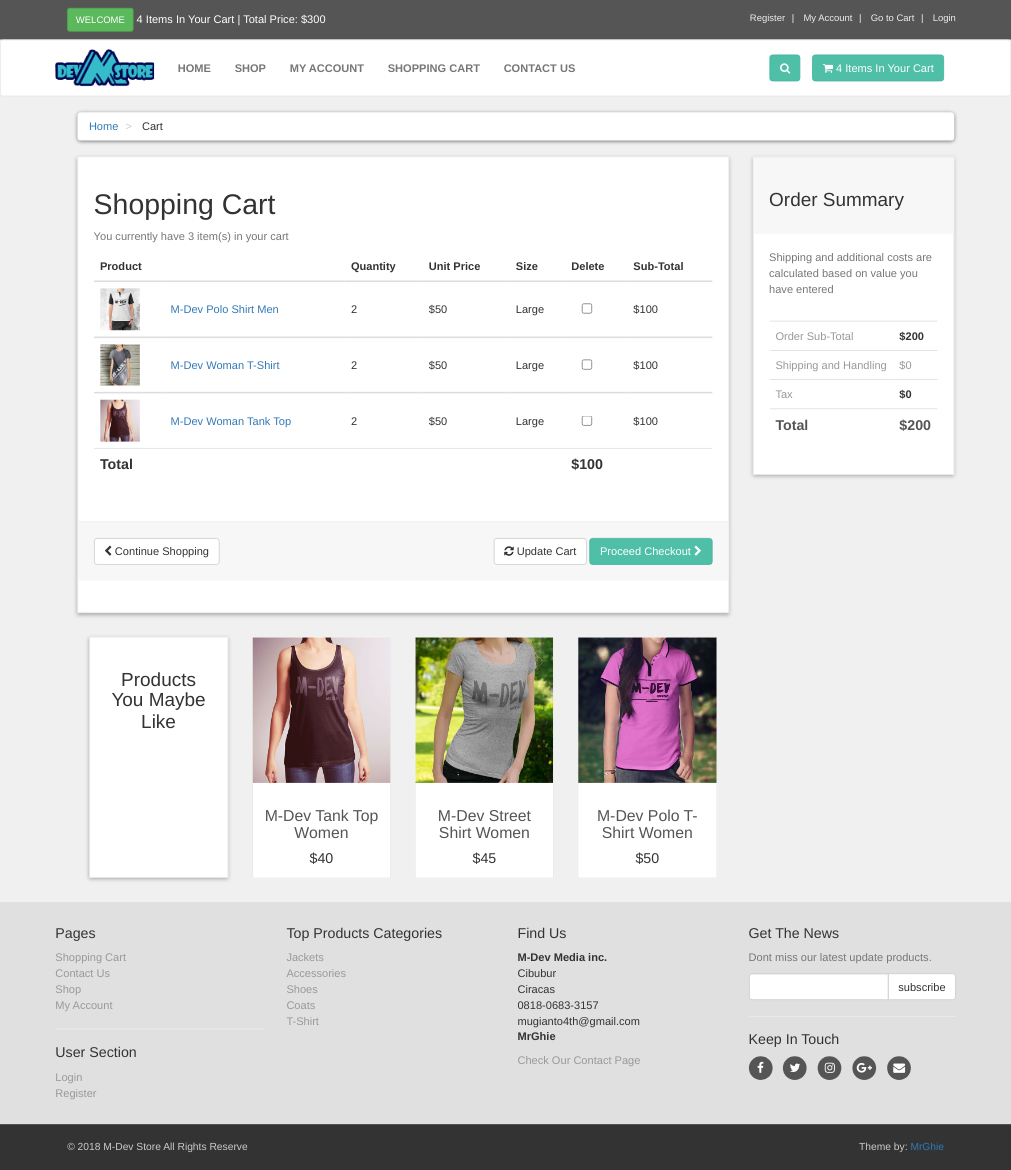
Repository: truonghuynhquy/M_Dev_Store
Page: http://localhost/cart.php
The author's editor kept a copy of each file at every save. The page is drawn from the files as they stood at one save, then again after the next save.
The browser window is 1280 px wide. The pictures show the whole page, at 79% of full size.
The page is run by PHP 8.4 with error messages shown; the project is at /var/www/html/. The database holds what the project's SQL file puts in it.

Above is the page before, as saved 2022-11-16 16:22:28.

### cart.php
<?php

    include("includes/header.php");

?>

    <div id="content">
        <!-- #content Begin -->
        <div class="container">
            <!-- container Begin -->
            <div class="col-md-12">
                <!-- col-md-12 Begin -->

                <ul class="breadcrumb">
                    <!-- breadcrumb Begin -->
                    <li>
                        <a href="index.php">Home</a>
                    </li>
                    <li>
                        Cart
                    </li>
                </ul><!-- breadcrumb Finish -->

            </div><!-- col-md-12 Finish -->

            <div id="cart" class="col-md-9">
                <!-- col-md-9 Begin -->

                <div class="box">
                    <!-- box Begin -->

                    <form action="cart.php" method="post" enctype="multipart/form-data">
                        <!-- form Begin -->

                        <h1>Shopping Cart</h1>
                        <p class="text-muted">You currently have 3 item(s) in your cart</p>

                        <div class="table-responsive">
                            <!-- table-responsive Begin -->

                            <table class="table">
                                <!-- table Begin -->

                                <thead>
                                    <!-- thead Begin -->

                                    <tr>
                                        <!-- tr Begin -->

                                        <th colspan="2">Product</th>
                                        <th>Quantity</th>
                                        <th>Unit Price</th>
                                        <th>Size</th>
                                        <th colspan="1">Delete</th>
                                        <th colspan="2">Sub-Total</th>

                                    </tr><!-- tr Finish -->

                                </thead><!-- thead Finish -->

                                <tbody>
                                    <!-- tbody Begin -->

                                    <tr>
                                        <!-- tr Begin -->

                                        <td>

                                            <img class="img-responsive" src="admin_area/product_images/Product-3a.jpg" alt="Product 3a">

                                        </td>

                                        <td>

                                            <a href="#">M-Dev Polo Shirt Men</a>

                                        </td>

                                        <td>

                                            2

                                        </td>

                                        <td>

                                            $50

                                        </td>

                                        <td>

                                            Large

                                        </td>

                                        <td>

                                            <input type="checkbox" name="remove[]">

                                        </td>

                                        <td>

                                            $100

                                        </td>

                                    </tr><!-- tr Finish -->

                                </tbody><!-- tbody Finish -->

                                <tbody>
                                    <!-- tbody Begin -->

                                    <tr>
                                        <!-- tr Begin -->

                                        <td>

                                            <img class="img-responsive" src="admin_area/product_images/product-1.jpg" alt="Product 3a">

                                        </td>

                                        <td>

                                            <a href="#">M-Dev Woman T-Shirt </a>

                                        </td>

                                        <td>

                                            2

                                        </td>

                                        <td>

                                            $50

                                        </td>

                                        <td>

                                            Large

                                        </td>

                                        <td>

                                            <input type="checkbox" name="remove[]">

                                        </td>

                                        <td>

                                            $100

                                        </td>

                                    </tr><!-- tr Finish -->

                                </tbody><!-- tbody Finish -->

                                <tbody>
                                    <!-- tbody Begin -->

                                    <tr>
                                        <!-- tr Begin -->

                                        <td>

                                            <img class="img-responsive" src="admin_area/product_images/Product-6a.jpg" alt="Product 3a">

                                        </td>

                                        <td>

                                            <a href="#">M-Dev Woman Tank Top </a>

                                        </td>

                                        <td>

                                            2

                                        </td>

                                        <td>

                                            $50

                                        </td>

                                        <td>

                                            Large

                                        </td>

                                        <td>

                                            <input type="checkbox" name="remove[]">

                                        </td>

                                        <td>

                                            $100

                                        </td>

                                    </tr><!-- tr Finish -->

                                </tbody><!-- tbody Finish -->

                                <tfoot>
                                    <!-- tfoot Begin -->

                                    <tr>
                                        <!-- tr Begin -->

                                        <th colspan="5">Total</th>
                                        <th colspan="2">$100</th>

                                    </tr><!-- tr Finish -->

                                </tfoot><!-- tfoot Finish -->

                            </table><!-- table Finish -->

                        </div><!-- table-responsive Finish -->

                        <div class="box-footer">
                            <!-- box-footer Begin -->

                            <div class="pull-left">
                                <!-- pull-left Begin -->

                                <a href="index.php" class="btn btn-default">
                                    <!-- btn btn-default Begin -->

                                    <i class="fa fa-chevron-left"></i> Continue Shopping

                                </a><!-- btn btn-default Finish -->

                            </div><!-- pull-left Finish -->

                            <div class="pull-right">
                                <!-- pull-right Begin -->

                                <button type="submit" name="update" value="Update Cart" class="btn btn-default">
                                    <!-- btn btn-default Begin -->

                                    <i class="fa fa-refresh"></i> Update Cart

                                </button><!-- btn btn-default Finish -->

                                <a href="checkout.php" class="btn btn-primary">

                                    Proceed Checkout <i class="fa fa-chevron-right"></i>

                                </a>

                            </div><!-- pull-right Finish -->

                        </div><!-- box-footer Finish -->

                    </form><!-- form Finish -->

                </div><!-- box Finish -->

                <div id="row same-heigh-row">
                    <!-- #row same-heigh-row Begin -->
                    <div class="col-md-3 col-sm-6">
                        <!-- col-md-3 col-sm-6 Begin -->
                        <div class="box same-height headline">
                            <!-- box same-height headline Begin -->
                            <h3 class="text-center">Products You Maybe Like</h3>
                        </div><!-- box same-height headline Finish -->
                    </div><!-- col-md-3 col-sm-6 Finish -->

                    <div class="col-md-3 col-sm-6 center-responsive">
                        <!-- col-md-3 col-sm-6 center-responsive Begin -->
                        <div class="product same-height">
                            <!-- product same-height Begin -->
                            <a href="details.php">
                                <img class="img-responsive" src="admin_area/product_images/Product-6a.jpg" alt="Product 6">
                            </a>

                            <div class="text">
                                <!-- text Begin -->
                                <h3><a href="details.php">M-Dev Tank Top Women</a></h3>

                                <p class="price">$40</p>

                            </div><!-- text Finish -->

                        </div><!-- product same-height Finish -->
                    </div><!-- col-md-3 col-sm-6 center-responsive Finish -->

                    <div class="col-md-3 col-sm-6 center-responsive">
                        <!-- col-md-3 col-sm-6 center-responsive Begin -->
                        <div class="product same-height">
                            <!-- product same-height Begin -->
                            <a href="details.php">
                                <img class="img-responsive" src="admin_area/product_images/Product-5a.jpg" alt="Product 6">
                            </a>

                            <div class="text">
                                <!-- text Begin -->
                                <h3><a href="details.php">M-Dev Street Shirt Women</a></h3>

                                <p class="price">$45</p>

                            </div><!-- text Finish -->

                        </div><!-- product same-height Finish -->
                    </div><!-- col-md-3 col-sm-6 center-responsive Finish -->

                    <div class="col-md-3 col-sm-6 center-responsive">
                        <!-- col-md-3 col-sm-6 center-responsive Begin -->
                        <div class="product same-height">
                            <!-- product same-height Begin -->
                            <a href="details.php">
                                <img class="img-responsive" src="admin_area/product_images/Product-4a.jpg" alt="Product 6">
                            </a>

                            <div class="text">
                                <!-- text Begin -->
                                <h3><a href="details.php">M-Dev Polo T-Shirt Women</a></h3>

                                <p class="price">$50</p>

                            </div><!-- text Finish -->

                        </div><!-- product same-height Finish -->
                    </div><!-- col-md-3 col-sm-6 center-responsive Finish -->

                </div><!-- #row same-heigh-row Finish -->

            </div><!-- col-md-9 Finish -->

            <div class="col-md-3">
                <!-- col-md-3 Begin -->

                <div id="order-summary" class="box">
                    <!-- box Begin -->

                    <div class="box-header">
                        <!-- box-header Begin -->

                        <h3>Order Summary</h3>

                    </div><!-- box-header Finish -->

                    <p class="text-muted">
                        <!-- text-muted Begin -->

                        Shipping and additional costs are calculated based on value you have entered

                    </p><!-- text-muted Finish -->

                    <div class="table-responsive">
                        <!-- table-responsive Begin -->

                        <table class="table">
                            <!-- table Begin -->

                            <tbody>
                                <!-- tbody Begin -->

                                <tr>
                                    <!-- tr Begin -->

                                    <td> Order Sub-Total </td>
                                    <th> $200 </th>

                                </tr><!-- tr Finish -->

                                <tr>
                                    <!-- tr Begin -->

                                    <td> Shipping and Handling </td>
                                    <td> $0 </td>

                                </tr><!-- tr Finish -->

                                <tr>
                                    <!-- tr Begin -->

                                    <td> Tax </td>
                                    <th> $0 </th>

                                </tr><!-- tr Finish -->

                                <tr class="total">
                                    <!-- tr Begin -->

                                    <td> Total </td>
                                    <th> $200 </th>

                                </tr><!-- tr Finish -->

                            </tbody><!-- tbody Finish -->

                        </table><!-- table Finish -->

                    </div><!-- table-responsive Finish -->

                </div><!-- box Finish -->

            </div><!-- col-md-3 Finish -->

        </div><!-- container Finish -->
    </div><!-- #content Finish -->

    <?php

    include("includes/footer.php");

    ?>

    <script src="js/jquery-331.min.js"></script>
    <script src="js/bootstrap-337.min.js"></script>


</body>

</html>

### includes/db.php
<?php

$con = mysqli_connect("localhost","root","","ecom_store");

?>

### functions/functions.php
<?php

$db = mysqli_connect("localhost","root","", "ecom_store");

function getPro(){

    global $db;

    $get_products = "select * from products order by 1 DESC LIMIT 0,8";

    $run_products = mysqli_query($db,$get_products);

    while($row_products = mysqli_fetch_array($run_products)){

        $pro_id = $row_products['product_id'];

        $pro_title = $row_products['product_title'];

        $pro_price = $row_products['product_price'];

        $pro_img1 = $row_products['product_img1'];

        echo "

        <div class='col-md-4 col-sm-6 single'>

            <div class='product'>

                <a href='details.php?pro_id=$pro_id'>

                    <img class='img-responsive' src='admin_area/product_images/$pro_img1'>

                </a>

                <div class='text'>

                    <h3>

                        <a href='details.php?pro_id=$pro_id'>

                            $pro_title

                        </a>

                    </h3>

                    <p class='price'>

                        $ $pro_price

                    </p>

                    <p class='button'>

                        <a class='btn btn-default' href='details.php?pro_id=$pro_id'>

                            View Details

                        </a>

                        <a class='btn btn-primary' href='details.php?pro_id=$pro_id>

                            <i class='fa fa-shopping-cart></i> Add to Cart

                        </a>

                    </p>

                </div>

            </div>

        </div>

        ";

    }

}

?>

### includes/footer.php
<div id="footer">
    <!-- #footer Begin -->
    <div class="container">
        <!-- container Begin -->
        <div class="row">
            <!-- row Begin -->
            <div class="col-sm-6 col-md-3">
                <!-- col-sm-6 col-md-3 Begin -->

                <h4>Pages</h4>

                <ul>
                    <!-- ul Begin -->
                    <li><a href="cart.php">Shopping Cart</a></li>
                    <li><a href="contact.php">Contact Us</a></li>
                    <li><a href="shop.php">Shop</a></li>
                    <li><a href="customer/my_account.php">My Account</a></li>
                </ul><!-- ul Finish -->

                <hr>

                <h4>User Section</h4>

                <ul>
                    <!-- ul Begin -->
                    <li><a href="checkout.php">Login</a></li>
                    <li><a href="customer_register.php">Register</a></li>
                </ul><!-- ul Finish -->

                <hr class="hidden-md hidden-lg hidden-sm">

            </div><!-- col-sm-6 col-md-3 Finish -->

            <div class="com-sm-6 col-md-3">
                <!-- col-sm-6 col-md-3 Begin -->

                <h4>Top Products Categories</h4>

                <ul>
                    <!-- ul Begin -->

                    <?php

                    $get_p_cats = "select * from product_categories";

                    $run_p_cats = mysqli_query($con, $get_p_cats);

                    while ($row_p_cats = mysqli_fetch_array($run_p_cats)) {

                        $p_cat_id = $row_p_cats['p_cat_id'];

                        $p_cat_title = $row_p_cats['p_cat_title'];

                        echo "

                            <li>

                                <a href='shop.php?p_cat=$p_cat_id'>

                                    $p_cat_title

                                </a>

                            </li>

                        ";
                    }

                    ?>

                </ul><!-- ul Finish -->

                <hr class="hidden-md hidden-lg">

            </div><!-- col-sm-6 col-md-3 Finish -->

            <div class="col-sm-6 col-md-3">
                <!-- col-sm-6 col-md-3 Begin -->

                <h4>Find Us</h4>

                <p>
                    <!-- p Start -->

                    <strong>M-Dev Media inc.</strong>
                    <br />Cibubur
                    <br />Ciracas
                    <br />0818-0683-3157
                    <br />mugianto4th@gmail.com
                    <br /><strong>MrGhie</strong>

                </p><!-- p Finish -->

                <a href="contact.php">Check Our Contact Page</a>

                <hr class="hidden-md hidden-lg">

            </div><!-- col-sm-6 col-md-3 Finish -->

            <div class="col-sm-6 col-md-3">

                <h4>Get The News</h4>

                <p class="text-muted">
                    Dont miss our latest update products.
                </p>

                <form action="https://feedburner.google.com/fb/a/mailverify" method="post" target="popupwindow" onsubmit="window.open('https://feedburner.google.com/fb/a/mailverify?uri=M-devMedia', 'popupwindow', 'scrollbars=yes,width=550,height=520');return true" method="post">
                    <!-- form begin -->
                    <div class="input-group">
                        <!-- input-group begin -->

                        <input type="text" class="form-control" name="email">

                        <input type="hidden" value="M-devMedia" name="uri"/><input type="hidden" name="loc" value="en_US"/>

                        <span class="input-group-btn">
                            <!-- input-group-btn begin -->

                            <input type="submit" value="subscribe" class="btn btn-default">

                        </span><!-- input-group-btn Finish -->

                    </div><!-- input-group Finish -->
                </form><!-- form Finish -->

                <hr>

                <h4>Keep In Touch</h4>

                <p class="social">
                    <a href="#" class="fa fa-facebook"></a>
                    <a href="#" class="fa fa-twitter"></a>
                    <a href="#" class="fa fa-instagram"></a>
                    <a href="#" class="fa fa-google-plus"></a>
                    <a href="#" class="fa fa-envelope"></a>
                </p>

            </div>
        </div><!-- row Finish -->
    </div><!-- container Finish -->
</div><!-- #footer Finish -->


<div id="copyright">
    <!-- #copyright Begin -->
    <div class="container">
        <!-- container Begin -->
        <div class="col-md-6">
            <!-- col-md-6 Begin -->

            <p class="pull-left">&copy; 2018 M-Dev Store All Rights Reserve</p>

        </div><!-- col-md-6 Finish -->
        <div class="col-md-6">
            <!-- col-md-6 Begin -->

            <p class="pull-right">Theme by: <a href="#">MrGhie</a></p>

        </div><!-- col-md-6 Finish -->
    </div><!-- container Finish -->
</div><!-- #copyright Finish -->

### ecom_store.sql (the tables this page reads)
CREATE TABLE `product_categories` (
  `p_cat_id` int(10) NOT NULL,
  `p_cat_title` text NOT NULL,
  `p_cat_desc` text NOT NULL
) ENGINE=InnoDB DEFAULT CHARSET=utf8mb4;

INSERT INTO `product_categories` (`p_cat_id`, `p_cat_title`, `p_cat_desc`) VALUES
(1, 'Jackets', 'Lorem ipsum dolor sit amet, consectetur adipisicing elit. Velit rem eos illo tempora dicta possimus adipisci doloribus obcaecati odit officiis, sapiente eius excepturi harum voluptates nihil aut quo vero eveniet.'),
(2, 'Accessories', 'Lorem ipsum dolor sit amet, consectetur adipisicing elit. Velit rem eos illo tempora dicta possimus adipisci doloribus obcaecati odit officiis, sapiente eius excepturi harum voluptates nihil aut quo vero eveniet.'),
(3, 'Shoes', 'Lorem ipsum dolor sit amet, consectetur adipisicing elit. Velit rem eos illo tempora dicta possimus adipisci doloribus obcaecati odit officiis, sapiente eius excepturi harum voluptates nihil aut quo vero eveniet.'),
(4, 'Coats', 'Lorem ipsum dolor sit amet, consectetur adipisicing elit. Velit rem eos illo tempora dicta possimus adipisci doloribus obcaecati odit officiis, sapiente eius excepturi harum voluptates nihil aut quo vero eveniet.'),
(5, 'T-Shirt', 'Lorem ipsum dolor sit amet, consectetur adipisicing elit. Velit rem eos illo tempora dicta possimus adipisci doloribus obcaecati odit officiis, sapiente eius excepturi harum voluptates nihil aut quo vero eveniet.');

ALTER TABLE `product_categories`
  ADD PRIMARY KEY (`p_cat_id`);

ALTER TABLE `product_categories`
  MODIFY `p_cat_id` int(10) NOT NULL AUTO_INCREMENT, AUTO_INCREMENT=6;

Loaded but not shown: styles/bootstrap-337.min.css (library); font-awsome/css/font-awesome.min.css (library); js/jquery-331.min.js (library); js/bootstrap-337.min.js (library); styles/style.css (391 lines, source omitted); includes/header.php (178 lines, source omitted)

After the next save:
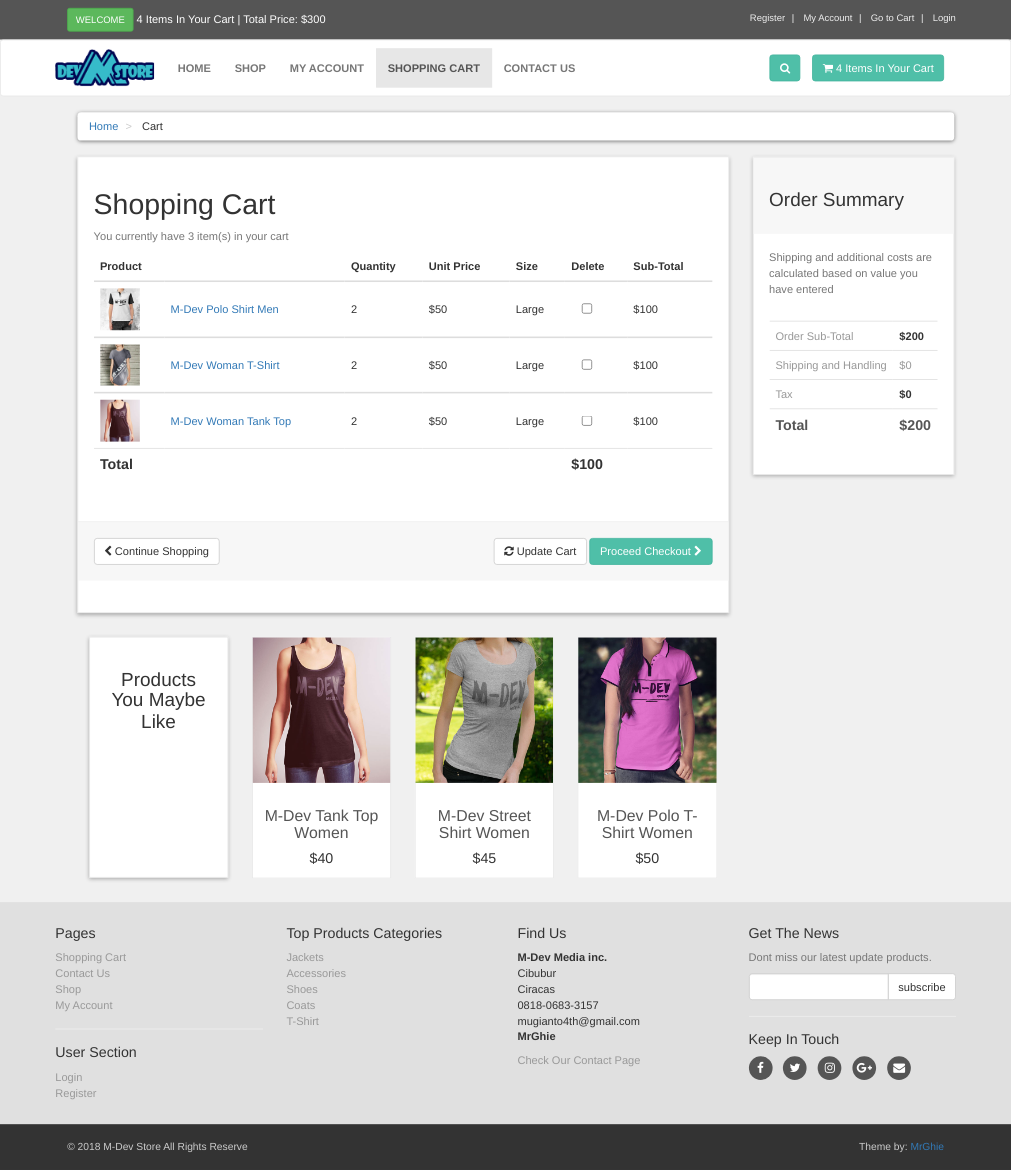
Saved 23 s later.
--- a/cart.php
+++ b/cart.php
@@ -1,5 +1,6 @@
 <?php
 
+    $active='Cart';
     include("includes/header.php");
 
 ?>
